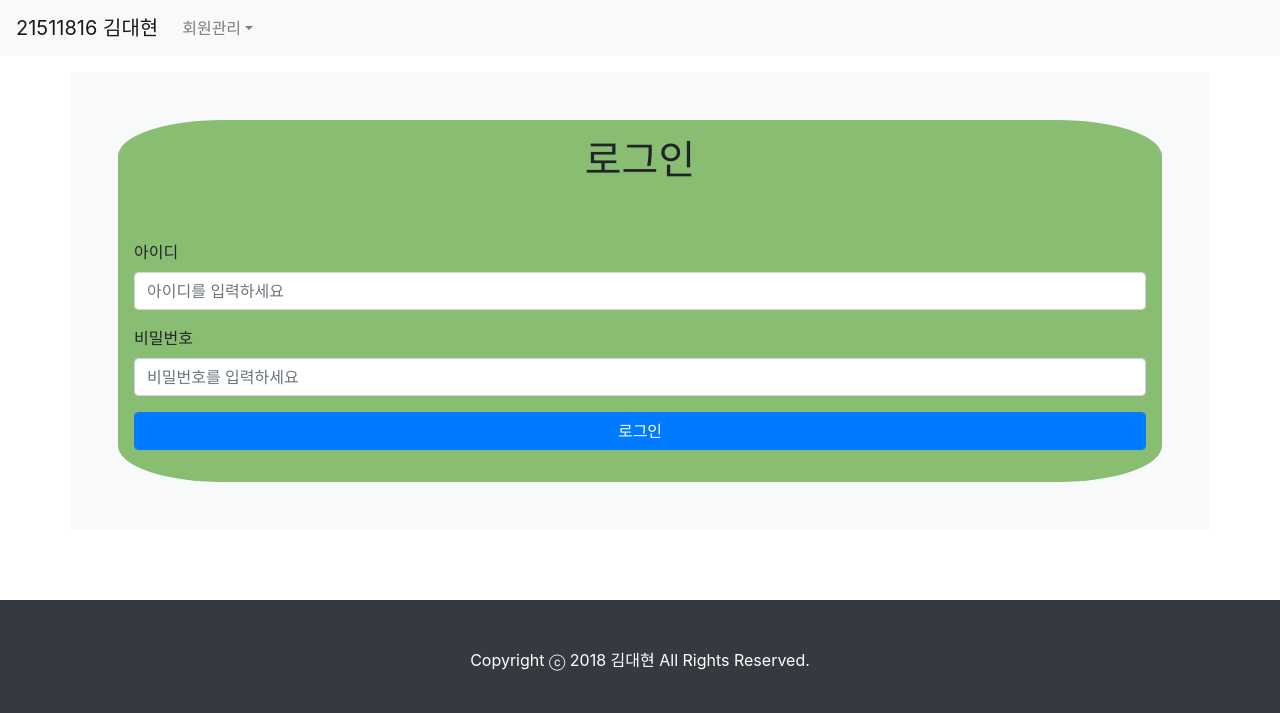
Repository: zereight/XSS-attack-SQL-Injection
Page: http://localhost/jsp_SQL_injection_victim/showContent.jsp
These files come from the project's save history. The page is drawn as it stood at one moment and after the next save; the edit follows.
The browser window is 1280 px wide. The pictures show the whole page.
The page is served by Tomcat 9. Other server files are loaded and not shown.

Above is the page before, as saved 2019-03-26 15:21:21.

### jsp_SQL_injection_victim/WebContent/showContent.jsp
<%@ page language="java" contentType="text/html; charset=UTF-8"
    pageEncoding="UTF-8"%>
<!doctype html>
<html lang="en" style="height: 100%; margin:0; padding: 0;">
  <head>
    <!-- Required meta tags -->
    <meta charset="utf-8">
    <meta name="viewport" content="width=device-width, initial-scale=1, shrink-to-fit=no">

    <!-- Bootstrap CSS -->
    <link rel="stylesheet" href="https://stackpath.bootstrapcdn.com/bootstrap/4.3.1/css/bootstrap.min.css" integrity="sha384-ggOyR0iXCbMQv3Xipma34MD+dH/1fQ784/j6cY/iJTQUOhcWr7x9JvoRxT2MZw1T" crossorigin="anonymous">

    <title>XSS와 SQL injection Test</title>
  </head>
  <body style="height: 100%; margin:0; padding: 0;">

   <nav class="navbar navbar-expand-lg navbar-light bg-light">
        <a class="navbar-brand" href="./index.jsp">21511816 김대현</a>
        <button class="navbar-toggler hidden-lg-up" type="button" data-toggle="collapse" data-target="#collapsibleNavId" aria-controls="collapsibleNavId"
            aria-expanded="false" aria-label="Toggle navigation"></button>
        <div class="collapse navbar-collapse" id="collapsibleNavId">
          <ul class="navbar-nav mr-auto mt-2 mt-lg-0">

            <li class="nav-item dropdown">
              <a class="nav-link dropdown-toggle" href="#" id="dropdownId" data-toggle="dropdown" aria-haspopup="true" aria-expanded="false">회원관리</a>
              <div class="dropdown-menu" aria-labelledby="dropdownId">
                <a class="dropdown-item" href="./userLogin.jsp">Login</a>
                <a class="dropdown-item" href="./userRegister.jsp">Register</a>
                <a class="dropdown-item" href="./logout.jsp">Logout</a>
              </div>
            </li>
          </ul>

        </div>
      </nav>

    <div class="container my-3 p-5 bg-light">

        <form action="./loginAction.jsp" method="post" class="p-3" style="background-color: rgb(137, 189, 113); border-radius: 10%;">
            <div class="row mb-5">
                <div class="col-12 text-center">
                    <h1>로그인</h1>
                </div>
            </div>
            <div class="row mt-3">
                <div class="col-12">
                  <label>아이디</label>
                  <input type="text" class="form-control" name="userId" id="" aria-describedby="helpId" placeholder="아이디를 입력하세요">
                </div>
            </div>
            <div class="row mt-3">
                <div class="col-12">
                    <label>비밀번호</label>
                    <input type="password" class="form-control" name="userPassword" id="" aria-describedby="helpId" placeholder="비밀번호를 입력하세요">
                </div>
            </div>
            <div class="row my-3">
                <div class="col-12">
                    <input type="submit" value="로그인" class="form-control btn-primary" name="userId" id="" aria-describedby="helpId" placeholder="비밀번호를 입력하세요">
                </div>
            </div>

        </form>

    </div>

    <footer class="bg-dark mt-4 p-5 text-center" style="color: white; position: absolute; bottom:0; width:100%;">

            Copyright ⓒ 2018 김대현 All Rights Reserved.

    </footer>


    <!-- Optional JavaScript -->
    <!-- jQuery first, then Popper.js, then Bootstrap JS -->
    <script src="https://code.jquery.com/jquery-3.3.1.slim.min.js" integrity="sha384-q8i/X+965DzO0rT7abK41JStQIAqVgRVzpbzo5smXKp4YfRvH+8abtTE1Pi6jizo" crossorigin="anonymous"></script>
    <script src="https://cdnjs.cloudflare.com/ajax/libs/popper.js/1.14.7/umd/popper.min.js" integrity="sha384-UO2eT0CpHqdSJQ6hJty5KVphtPhzWj9WO1clHTMGa3JDZwrnQq4sF86dIHNDz0W1" crossorigin="anonymous"></script>
    <script src="https://stackpath.bootstrapcdn.com/bootstrap/4.3.1/js/bootstrap.min.js" integrity="sha384-JjSmVgyd0p3pXB1rRibZUAYoIIy6OrQ6VrjIEaFf/nJGzIxFDsf4x0xIM+B07jRM" crossorigin="anonymous"></script>
  </body>
</html>

After the next save:
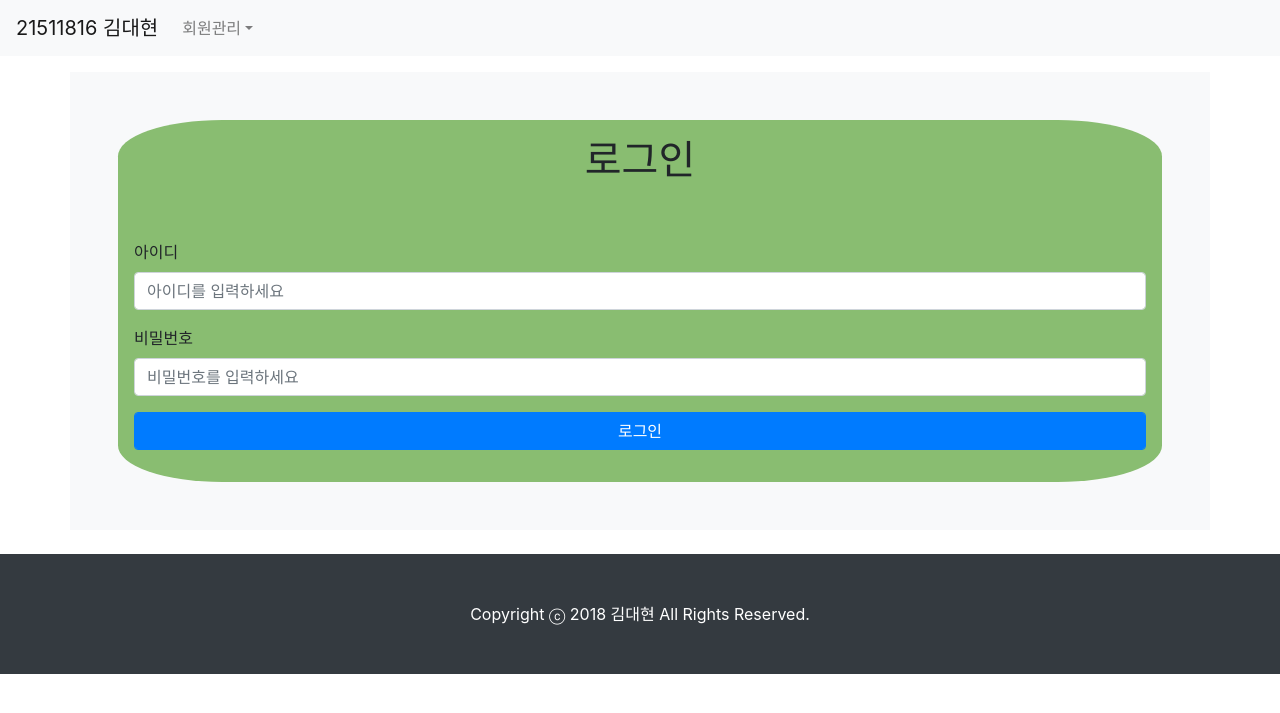
Saved 9 s later.
--- a/jsp_SQL_injection_victim/WebContent/showContent.jsp
+++ b/jsp_SQL_injection_victim/WebContent/showContent.jsp
@@ -64,7 +64,7 @@
 
     </div>
 
-    <footer class="bg-dark mt-4 p-5 text-center" style="color: white; position: absolute; bottom:0; width:100%;">
+    <footer class="bg-dark mt-4 p-5 text-center" style="color: white; ">
 
             Copyright ⓒ 2018 김대현 All Rights Reserved.
 
